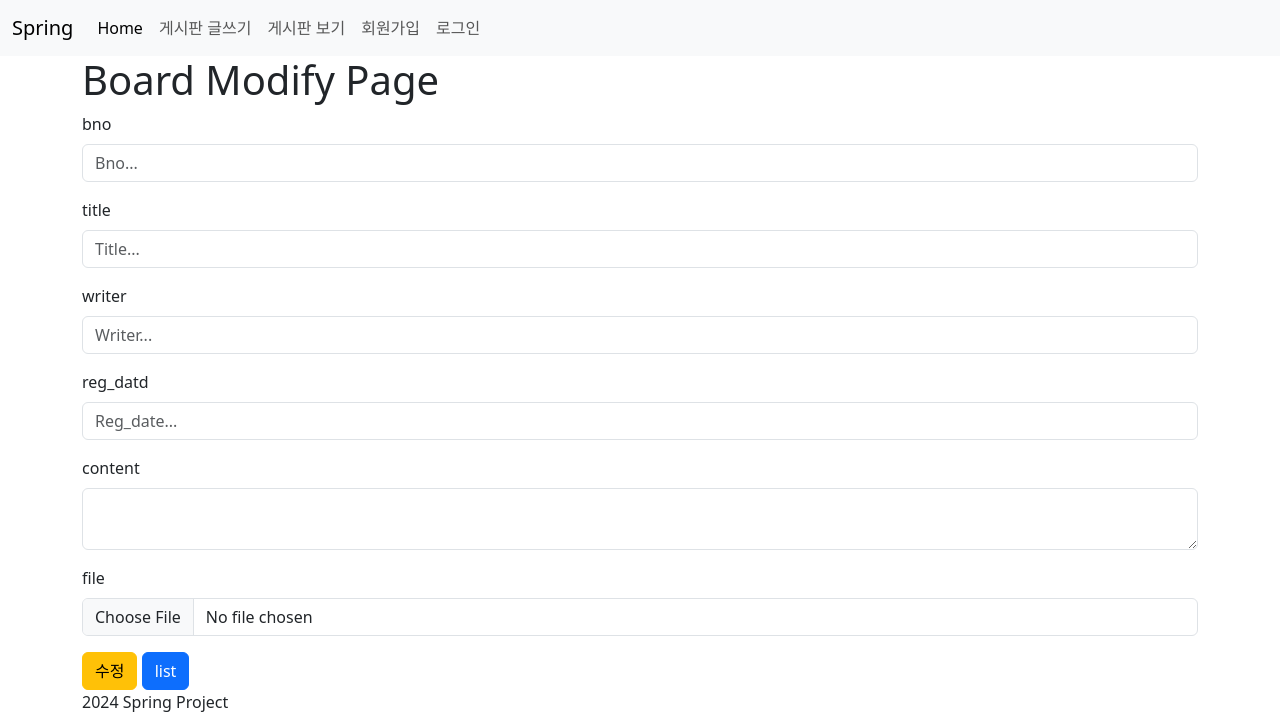
Repository: havanara/240423_SPRING_Project
Page: http://localhost/spring_study/WEB-INF/views/board/modify.jsp
An editor plug-in stored every save of this project. The page is shown before and after the next save, followed by the edit.
The browser window is 1280 px wide. The pictures show the whole page.
The page is served by Tomcat 9. Nobody is signed in. The template is opened directly, without the code that normally fills it, so the values that code supplies are empty.

Above is the page before, as saved 2024-04-29 08:47:39.

### spring_study/src/main/webapp/WEB-INF/views/board/modify.jsp
<%@ page language="java" contentType="text/html; charset=UTF-8"
    pageEncoding="UTF-8"%>
    <%@taglib uri="http://java.sun.com/jsp/jstl/core" prefix="c" %>

<jsp:include page="../layout/header.jsp" />

<div class="container-md">
<h1>Board Modify Page</h1>
<c:set value="${bdto.bvo }" var="bvo"></c:set>
<form action="/board/modify" method="post">
	<div class="mb-3">
	  <label for="n" class="form-label">bno</label>
	  <input type="text" class="form-control" name="bno" id="n" value="${bvo.bno }" readonly="readonly" placeholder="Bno...">
	</div>
	<div class="mb-3">
	  <label for="t" class="form-label">title</label>
	  <input type="text" class="form-control" name="title" id="t" value="${bvo.title }" placeholder="Title...">
	</div>
	<div class="mb-3">
	  <label for="w" class="form-label">writer</label>
	  <input type="text" class="form-control" name="writer" id="w" value="${bvo.writer }" readonly="readonly" placeholder="Writer...">
	</div>
	<div class="mb-3">
	  <label for="r" class="form-label">reg_datd</label>
	  <input type="text" class="form-control" name="reg_date" id="r" value="${bvo.reg_date }" readonly="readonly" placeholder="Reg_date...">
	</div>
	<div class="mb-3">
	  <label for="c" class="form-label">content</label>
	  <textarea class="form-control" name="content" id="c" aria-label="With textarea">${bvo.content }</textarea>
	</div>

	<c:set value="${bdto.flist }" var="flist"></c:set>
	<div class="mb-3">
	  <label for="f" class="form-label">file</label>
	  <input type="file" class="form-control" name="flist" id="f" value="${file }">

 	<ul class="list-group list-group-flush">
	<c:forEach items="${flist }" var="fvo">
 		<li class="list-group-item">
 			<c:choose>
 				<c:when test="${fvo.file_type > 0}">
				<div>
					<img alt="" src="/upload/${fvo.save_dir }/${fvo.uuid}_th_${fvo.file_name}">
				</div>
 				</c:when>
 				<c:otherwise>
 					<div>
 						<!-- 파일 타입이 0인 경우 아이콘 모양 하나 가져와서 넣기 -->
 					</div>
 				</c:otherwise>
 			</c:choose>
 			<div>
 			<!-- 파일이름, 작성일, size -->
 				<div>${fvo.file_name }</div>
 					${fvo.reg_date }
 				<span class="badge text-bg-dar">${fvo.file_size }Byte</span>
 				<button type="button" class="btn btn-outline-danger btn-sm file-x">X</button>
 			</div>
		</li>
	</c:forEach>
	</ul>
	</div>

	<button type="submit" class="btn btn-warning">수정</button>
	<a href="/board/list"><button type="button" class="btn btn-primary">list</button></a>
</form>
</div>

<jsp:include page="../layout/footer.jsp" />

</body>
</html>

### spring_study/src/main/webapp/WEB-INF/views/layout/header.jsp
<%@ page language="java" contentType="text/html; charset=UTF-8"
    pageEncoding="UTF-8"%>
    <%@ taglib uri="http://java.sun.com/jsp/jstl/core" prefix="c" %>
<!DOCTYPE html>
<html>
<head>
<meta charset="UTF-8">
<title>header.jsp</title>
<link href="https://cdn.jsdelivr.net/npm/bootstrap@5.3.3/dist/css/bootstrap.min.css" rel="stylesheet" integrity="sha384-QWTKZyjpPEjISv5WaRU9OFeRpok6YctnYmDr5pNlyT2bRjXh0JMhjY6hW+ALEwIH" crossorigin="anonymous">
<script src="https://cdn.jsdelivr.net/npm/bootstrap@5.3.3/dist/js/bootstrap.bundle.min.js" integrity="sha384-YvpcrYf0tY3lHB60NNkmXc5s9fDVZLESaAA55NDzOxhy9GkcIdslK1eN7N6jIeHz" crossorigin="anonymous"></script>
</head>
<body>
<nav class="navbar navbar-expand-lg bg-body-tertiary">
  <div class="container-fluid">
    <a class="navbar-brand" href="#">Spring</a>
    <button class="navbar-toggler" type="button" data-bs-toggle="collapse" data-bs-target="#navbarSupportedContent" aria-controls="navbarSupportedContent" aria-expanded="false" aria-label="Toggle navigation">
      <span class="navbar-toggler-icon"></span>
    </button>
    <div class="collapse navbar-collapse" id="navbarSupportedContent">
      <ul class="navbar-nav me-auto mb-2 mb-lg-0">
        <li class="nav-item">
          <a class="nav-link active" aria-current="page" href="/">Home</a>
        </li>
        <li class="nav-item">
          <a class="nav-link" href="/board/register">게시판 글쓰기</a>
        </li>
        <li class="nav-item">
          <a class="nav-link" href="/board/list">게시판 보기</a>
        </li>
        <li class="nav-item">
          <a class="nav-link" href="/member/register">회원가입</a>
        </li>

        <c:if test="${ses.id eq null }">
        <li class="nav-item">
          <a class="nav-link" href="/member/login">로그인</a>
        </li>
        </c:if>

        <c:if test="${ses.id ne null }">
        <li class="nav-item">
          <a class="nav-link" href="/member/logout">로그아웃</a>
        </li>

        <li class="nav-item">
          <a class="nav-link" href="/member/modify">${ses.id }(${ses.email })님 환영합니다!</a>
        </li>
        </c:if>

      </ul>
    </div>
  </div>
</nav>

### spring_study/src/main/webapp/WEB-INF/views/layout/footer.jsp
<%@ page language="java" contentType="text/html; charset=UTF-8"
    pageEncoding="UTF-8"%>
<!DOCTYPE html>

<div class="container-md">
	2024 Spring Project
</div>

</body>
</html>

### spring_study/src/main/webapp/resources/js/boardModify.js
console.log("boardModify.js in");

document.addEventListener('click',(e)=>{
    if(e.target.classList.contains('file-x')){
        let uuid = e.target.dataset.uuid;
        console.log(uuid);
        removeFileToServer(uuid).then(result =>{
            if(result == 1){
                alert('파일이 삭제되었습니다.');
                e.target.closest('li').remove(); //나를 포함하고 있는 li를 지워줘
            }
        })
    }
});

//비동기 메서드 맵핑 방법 : post등록, get조회, put수정, delete삭제
async function removeFileToServer(uuid){
    try {
        const url = "/board/"+uuid;
        const config = {
            method : 'delete' //맵핑 방법
        }
        const resp = await fetch(url, config);
        const result = resp.text();
        return result;
    } catch (error) {
        console.log(error);
    }
}

After the next save:
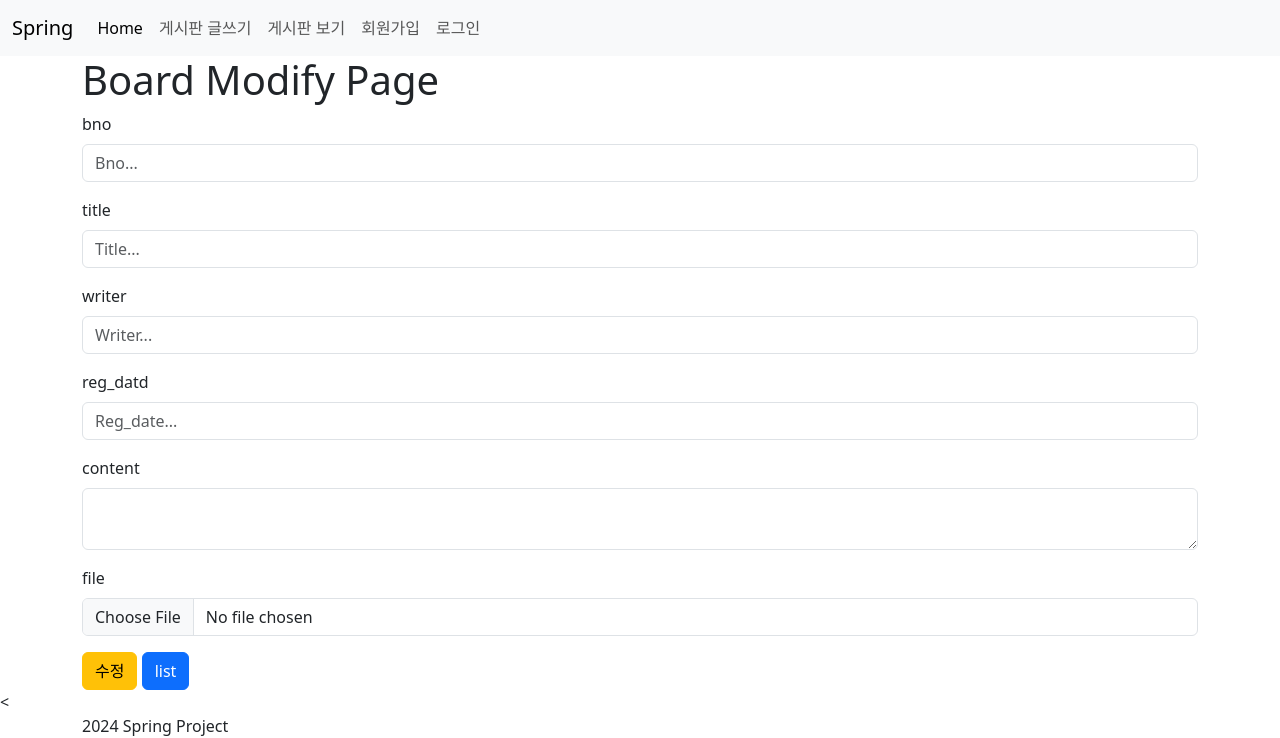
Saved 2 min 20 s later.
--- a/spring_study/src/main/webapp/WEB-INF/views/board/modify.jsp
+++ b/spring_study/src/main/webapp/WEB-INF/views/board/modify.jsp
@@ -66,6 +66,10 @@
 </form>
 </div>
 
+<<script type="text/javascript" src="/resources/js/boardModify.js">
+
+</script>
+
 <jsp:include page="../layout/footer.jsp" />
 
 </body>
